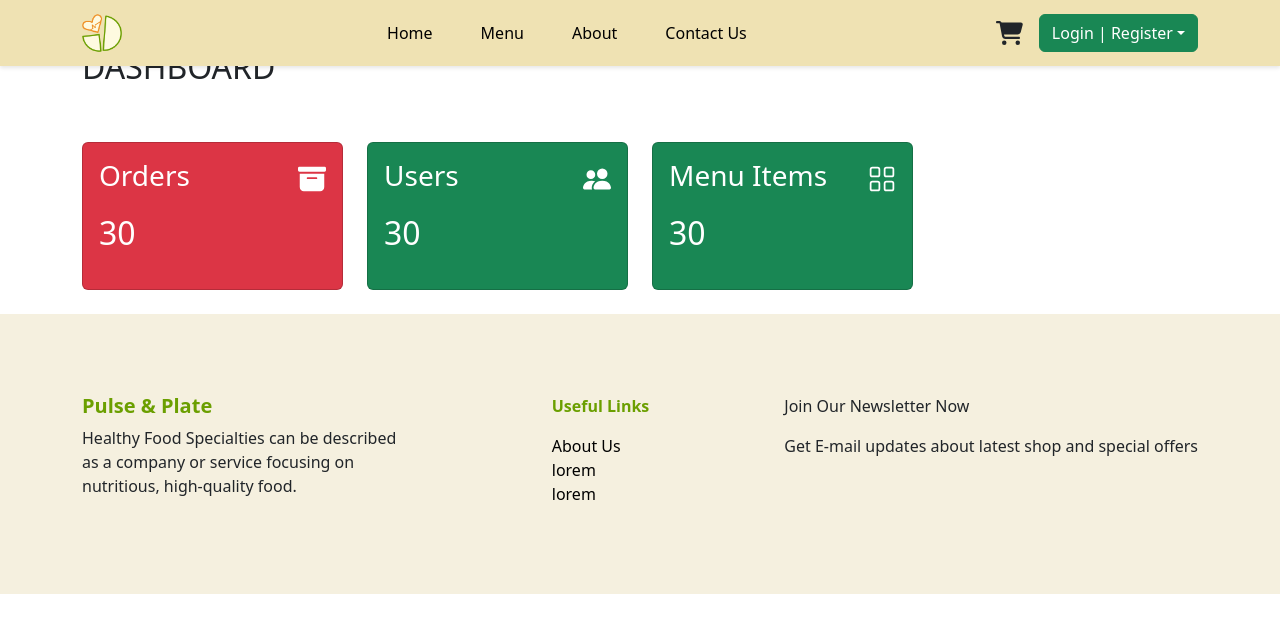
Repository: zeinawady/Pulse-and-Plate
Page: /dashboard
An editor plug-in stored every save of this project. The page is shown before and after the next save, followed by the edit.
The browser window is 1280 px wide. The pictures show the whole page.
The project was rebuilt for these pictures with package versions that can differ from the ones it lists, and the page was loaded fresh each time. Also part of the build but not shown: src/components/Main/Main.css, src/components/Main/Main.js, src/components/Menu/MealCard.css, src/components/Menu/MealCard.js, src/components/Menu/Categories.css, src/components/Menu/Categories.js, src/components/Menu/Menu.css, src/components/Menu/Menu.js and 21 more.

Above is the page before, as saved 2025-05-15 19:00:27.

After the next save:
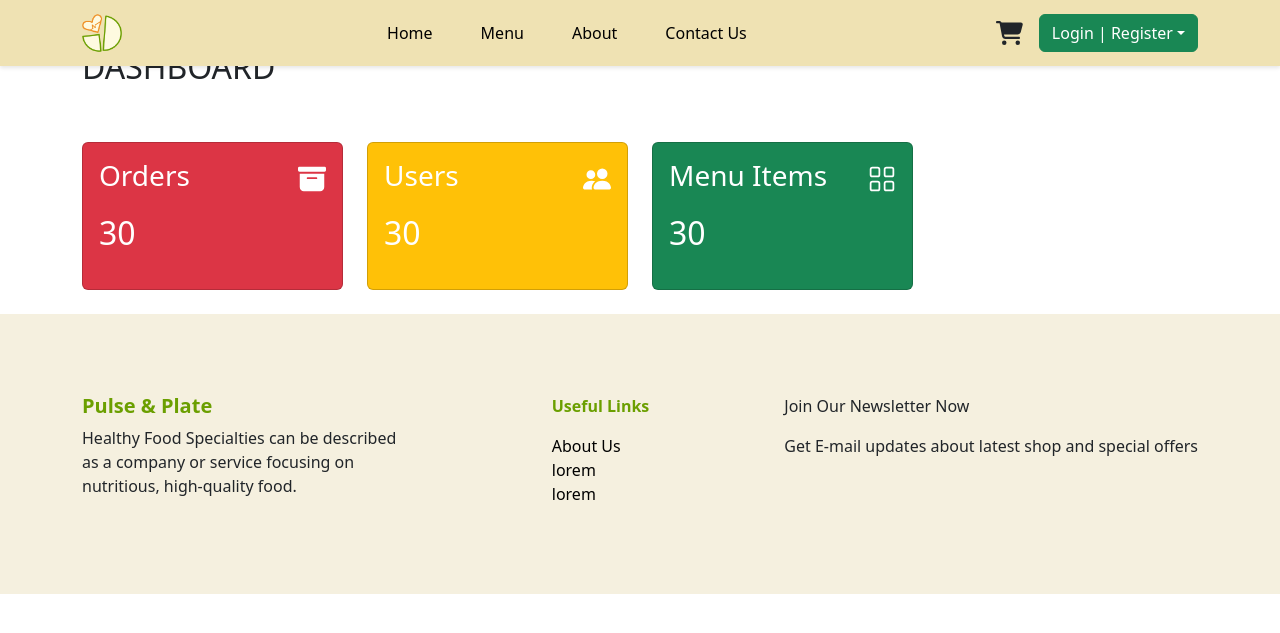
Saved 23 s later.
--- a/src/components/Dashboard/Dashboard.js
+++ b/src/components/Dashboard/Dashboard.js
@@ -25,7 +25,7 @@ export default function Dashboard() {
         </div>
 
         <div className="col-md-3 col-sm-6">
-          <div className="card text-white bg-success h-100">
+          <div className="card text-white bg-warning h-100">
             <div className="card-body">
               <div className="card-inner">
                 <div className="card-title d-flex justify-content-between">
